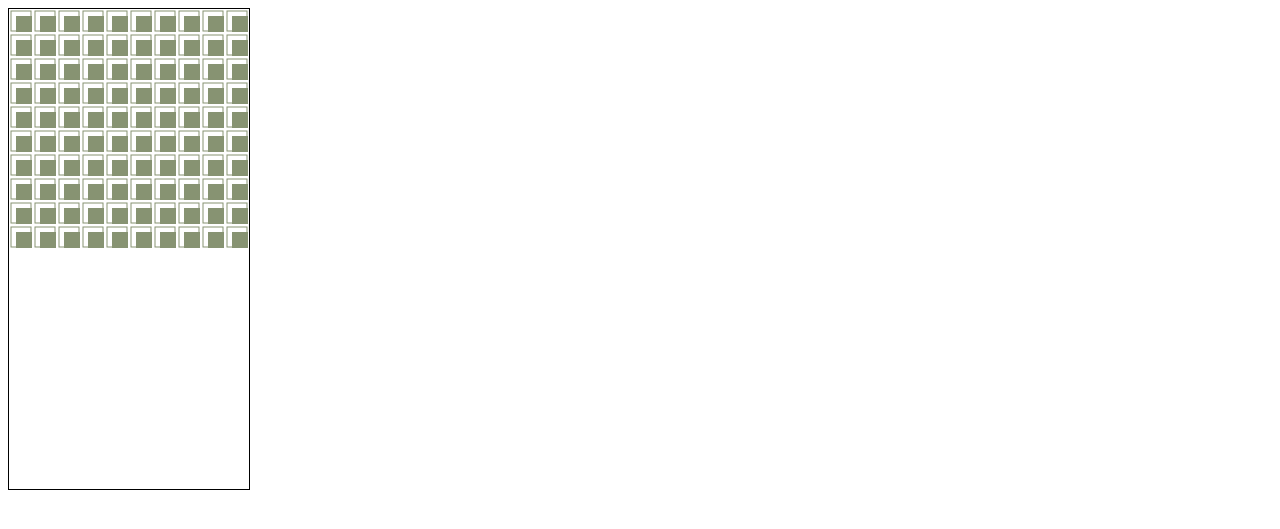
Repository: yzarc204/tetris-web
Page: index.html
The author's editor kept a copy of each file at every save. The page is drawn from the files as they stood at one save, then again after the next save.
The browser window is 1280 px wide. The pictures show the whole page.

Above is the page before, as saved 2021-09-20 18:35:05.

After the next save:
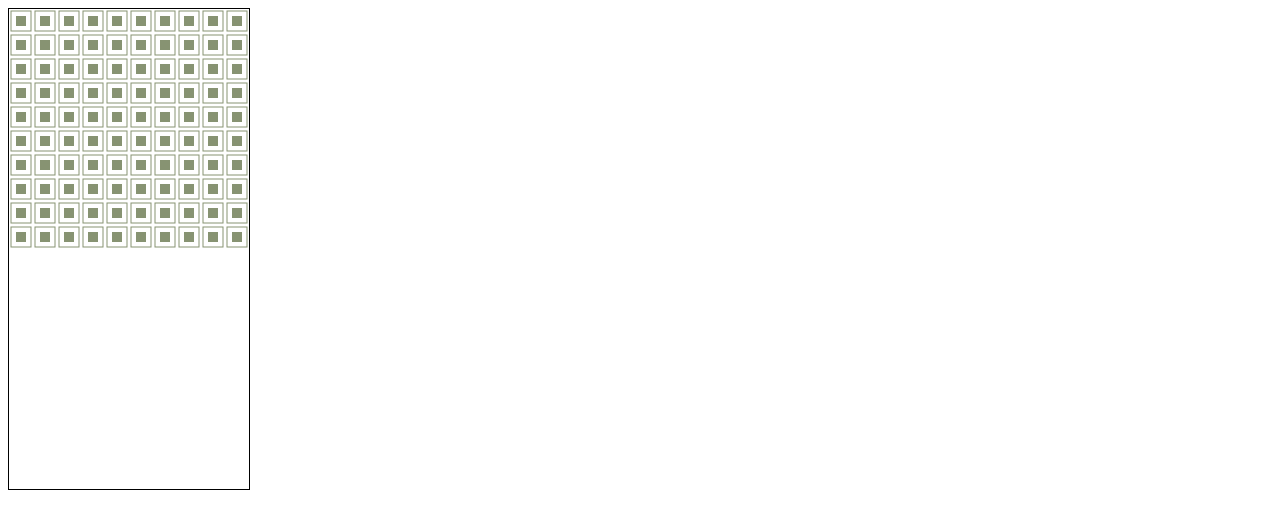
Saved 4 s later.
--- a/js/pixel.js
+++ b/js/pixel.js
@@ -18,6 +18,6 @@ class Pixel
         // Draw outline
         this.tetris.ctx.strokeRect(x+2, y+2, this.size-4, this.size-4);
         // Draw area
-        this.tetris.ctx.fillRect(x+7, y+7, this.size-8, this.size-8, this.color);
+        this.tetris.ctx.fillRect(x+7, y+7, this.size-14, this.size-14, this.color);
     }
 };
